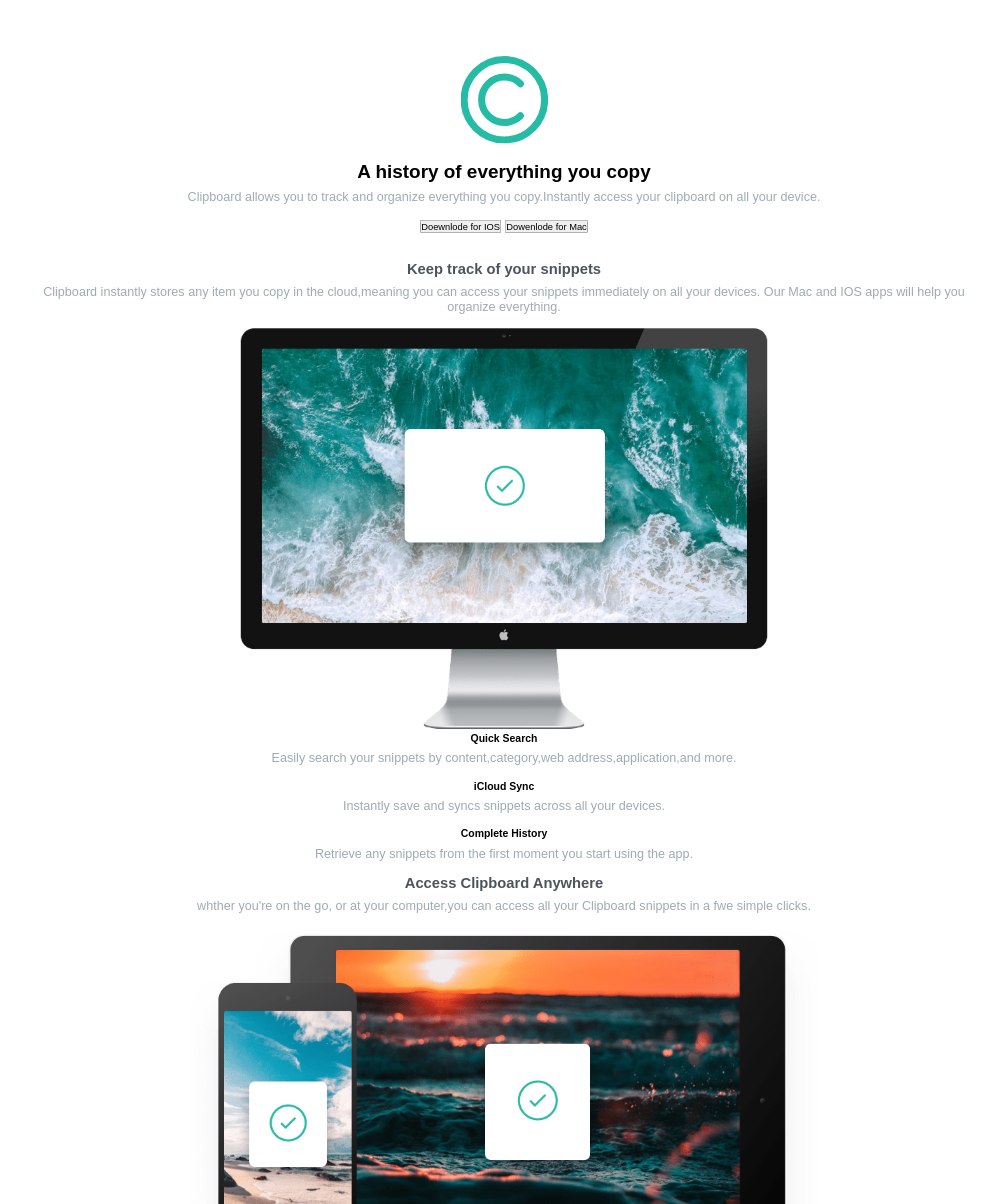
Repository: moataz305G/Clipboard-landing-page
Page: index.html
The author's editor kept a copy of each file at every save. The page is drawn from the files as they stood at one save, then again after the next save.
The browser window is 1280 px wide. The page is 1440 px wide, so the pictures cover 1440 px, including what lies to the right of the window. The pictures show the part of the page from y = 0 to 1720 px (the page is 2713 px tall before and 2653 px after), at 70% of full size.

Above is the page before, as saved 2025-12-04 11:31:52.

After the next save:
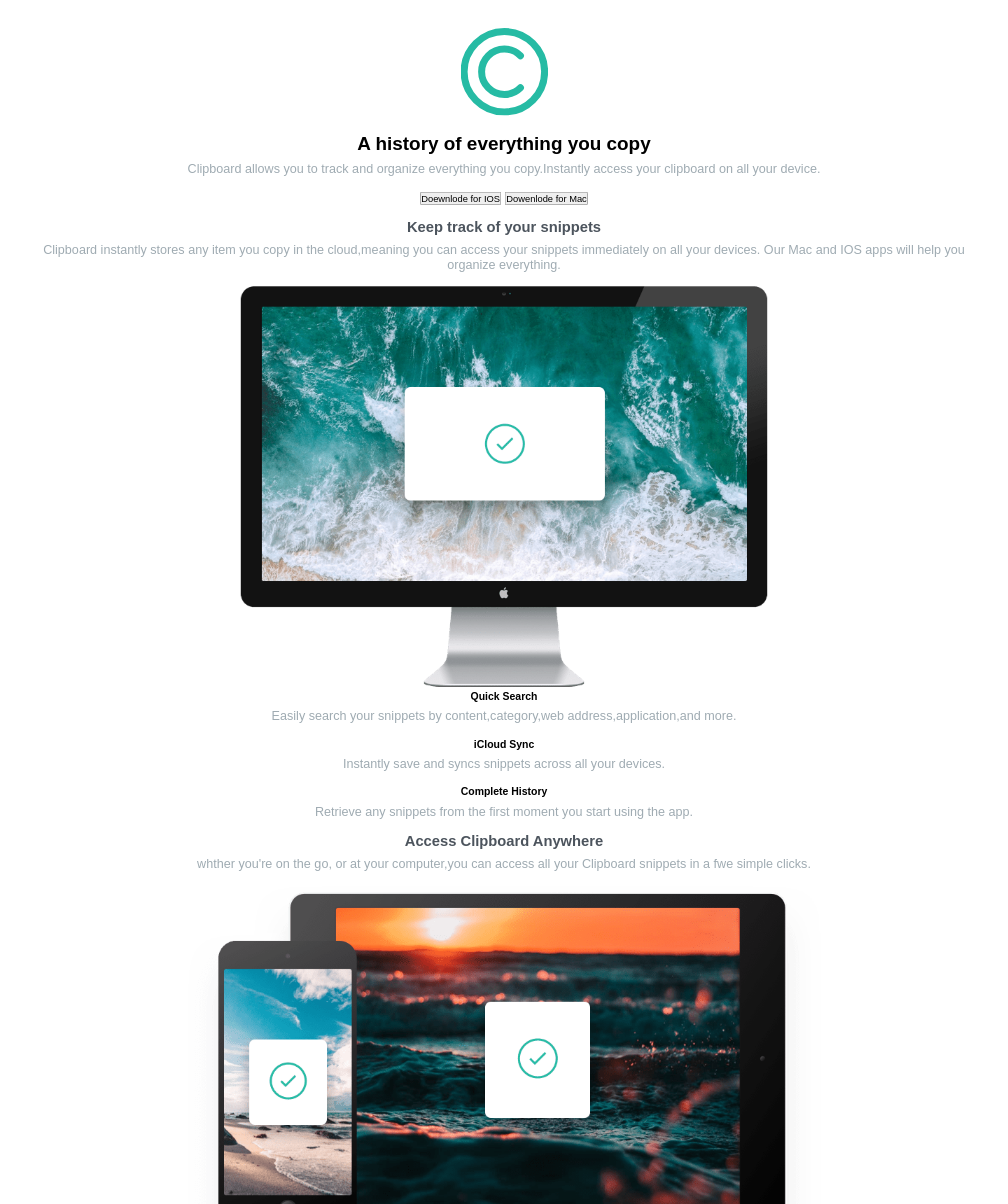
Saved 64 s later.
--- a/style.css
+++ b/style.css
@@ -30,6 +30,7 @@
   text-align: center;
   padding: 40px;
 }
-.hero {
+.hero,
+. {
   margin: 40px 0;
 }

After the save that followed:
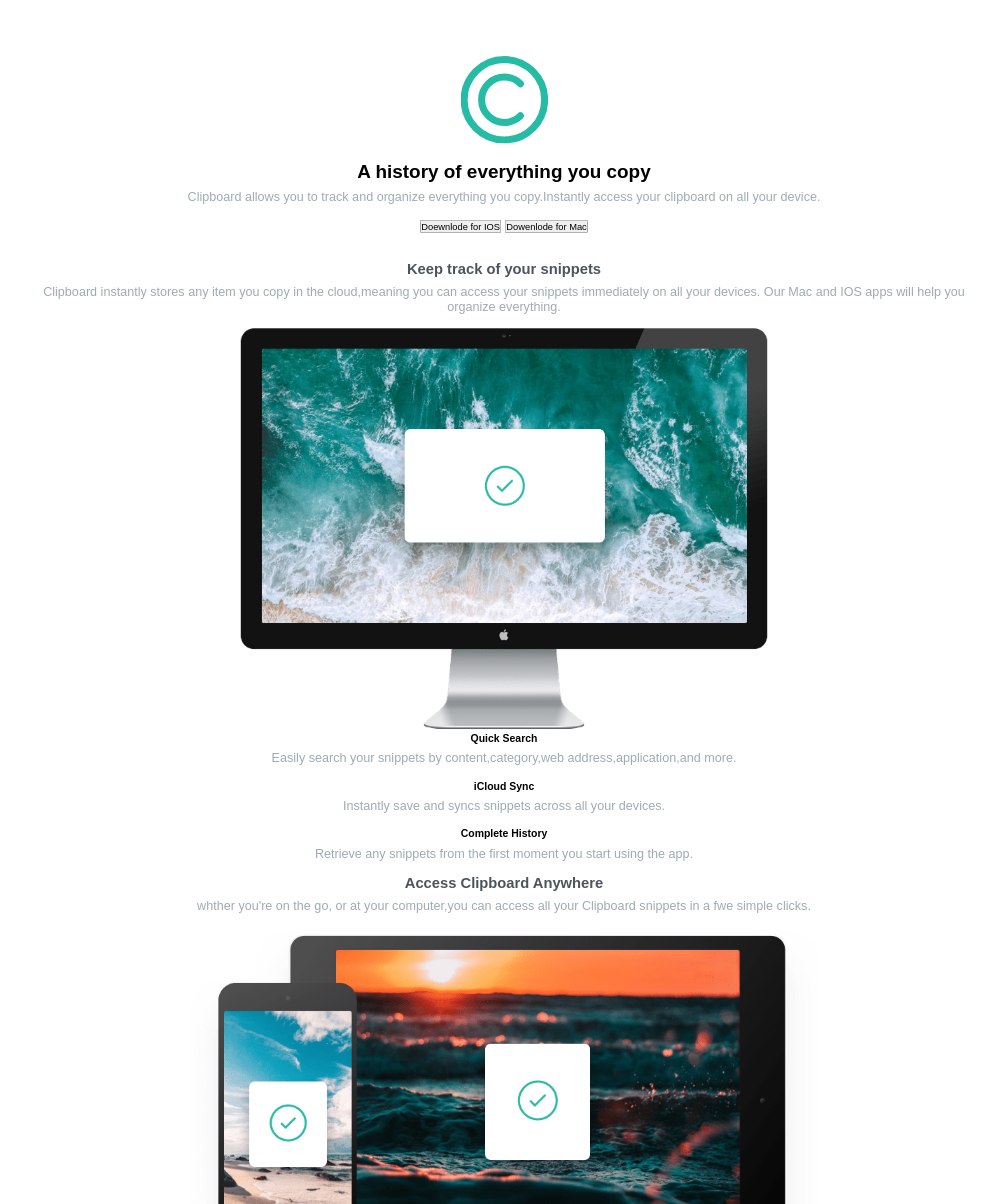
Saved 14 s later.
--- a/style.css
+++ b/style.css
@@ -31,6 +31,6 @@
   padding: 40px;
 }
 .hero,
-. {
+.san {
   margin: 40px 0;
 }
